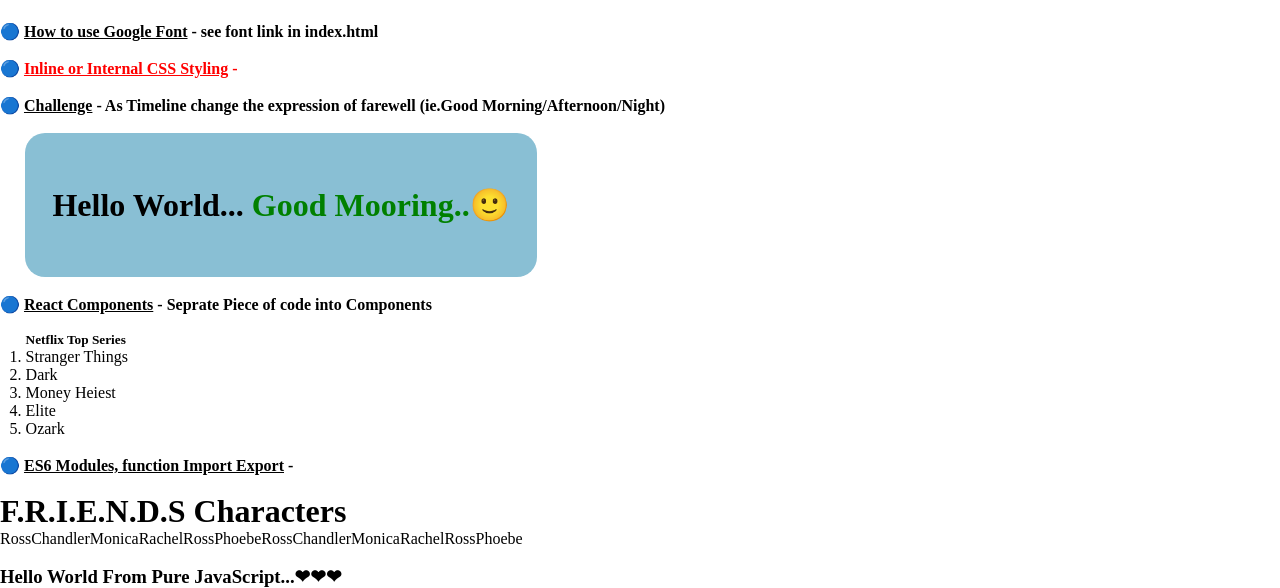
Repository: AalokJadhav/Being_ReactJS
Page: /
The author's editor kept a copy of each file at every save. The page is drawn from the files as they stood at one save, then again after the next save.
The browser window is 1280 px wide. The pictures show the part of the page from y = 620 to 1316 px (the page is 1208 px tall before and 1316 px after).
The project was rebuilt for these pictures with package versions that can differ from the ones it lists, and the page was loaded fresh each time.

Above is the page before, as saved 2021-10-16 00:27:44.

### public/index.html
<!DOCTYPE html>
<html lang="en">

<head>
  <meta charset="utf-8" />
  <link rel="icon" href="%PUBLIC_URL%/favicon.ico" />
  <meta name="viewport" content="width=device-width, initial-scale=1" />
  <meta name="theme-color" content="#000000" />
  <meta name="description" content="Web site created using create-react-app" />
  <link rel="apple-touch-icon" href="%PUBLIC_URL%/logo192.png" />
  <!--
      manifest.json provides metadata used when your web app is installed on a
      user's mobile device or desktop. See https://developers.google.com/web/fundamentals/web-app-manifest/
    -->
  <link rel="manifest" href="%PUBLIC_URL%/manifest.json" />
  <link rel="preconnect" href="https://fonts.googleapis.com">
  <link rel="preconnect" href="https://fonts.gstatic.com" crossorigin>
  <link href="https://fonts.googleapis.com/css2?family=Josefin+Slab:ital,wght@1,200&display=swap" rel="stylesheet">
  <!--
      Notice the use of %PUBLIC_URL% in the tags above.
      It will be replaced with the URL of the `public` folder during the build.
      Only files inside the `public` folder can be referenced from the HTML.

      Unlike "/favicon.ico" or "favicon.ico", "%PUBLIC_URL%/favicon.ico" will
      work correctly both with client-side routing and a non-root public URL.
      Learn how to configure a non-root public URL by running `npm run build`.
    -->
  <title>React App</title>
</head>

<body>
  <noscript>You need to enable JavaScript to run this app.</noscript>
  <div id="root"></div>
  <!--
      This HTML file is a template.
      If you open it directly in the browser, you will see an empty page.

      You can add webfonts, meta tags, or analytics to this file.
      The build step will place the bundled scripts into the <body> tag.

      To begin the development, run `npm start` or `yarn start`.
      To create a production bundle, use `npm run build` or `yarn build`.
    -->
</body>

</html>

### src/index.js
// var React = require ('react');
// var ReactDom = require ('react-dom');

import React from 'react';
import ReactDom from 'react-dom';
import './index.css';
import App from './App';
import {Characters} from './App';

const fullDate = new Date();
const date = fullDate.toLocaleDateString();
const time = fullDate.toLocaleTimeString();

const CurrDate = new Date(2021, 14, 10, 9);
const hour = CurrDate.getHours();
let greeting = '';

const cssStyle = {}

if (hour >= 1 && hour < 12) {
  greeting = 'Good Mooring..🙂';
  cssStyle.color = 'green';
} else if (hour >= 12 && hour < 19) {
  greeting = 'Good Afternoon..🙄';
  cssStyle.color = 'orange';
} else {
  greeting = 'Good Night..😴';
}
const RandomImgUrl = 'https://picsum.photos/2000';
const RandomImgUrl1 = 'https://picsum.photos/900';
const RandomImgUrl2 = 'https://picsum.photos/800';
ReactDom.render(

  //Fragments in ReactJS - Use <> </>  or <React.Fragment></React.Fragment>
  <>

    <h1 className="heading">Being React</h1><br />
    <h3>Hello  World From ReactJS...✋</h3><br />

    <h4>🔵 <u>Display Current date and time in JSX</u> -</h4><br />
    <div className="content">
      <p>Current Date is {`${date}`} </p>
      <p>Current Time is {`${time} `} </p>
    </div>
    <br />

    <h4>🔵 <u>JSX Attributes for random image</u> -</h4><br />
    <div className="img_div">
      <img src={RandomImgUrl} alt='random image1' />
      <img src={RandomImgUrl1} alt='random image2' />
      <img src={RandomImgUrl2} alt='random image3' />
    </div>
    <br />

    <h4>🔵 <u>How to use Google Font</u> -  see font link in index.html </h4>
    <div className="content">

    </div>
    <br />

    <h4 style={{ color: 'red', fontFamily: 'serif' }}>🔵 <u>Inline or Internal CSS Styling</u> -</h4>
    <div className="content">

    </div>
    <br />

    <h4>🔵 <u>Challenge</u> - As Timeline change the expression of farewell (ie.Good Morning/Afternoon/Night)</h4><br />
    <div className="challenge1">
      <h1>Hello World...<span style={cssStyle}> {greeting}</span></h1>
    </div>
    <br />

    <h4>🔵 <u>React Components</u> - Seprate Piece of code into Components</h4><br />
    <App />
    <br />

    <h4>🔵 <u>ES6 Modules, function Import Export</u> - </h4><br />
    <div >
      <h1>F.R.I.E.N.D.S Characters</h1>
      <ol>
        <li>{Characters}</li>
      </ol>
    </div>
    <br />
  </>,
  document.getElementById('root'));
<br />


// In Pure JavaScript
var h3 = document.createElement('h3');
h3.innerHTML = 'Hello  World From Pure JavaScript...❤❤❤';
document.getElementById('root').appendChild(h3);

### src/index.css
/* body {
  margin: 0;
  font-family: -apple-system, BlinkMacSystemFont, 'Segoe UI', 'Roboto', 'Oxygen',
    'Ubuntu', 'Cantarell', 'Fira Sans', 'Droid Sans', 'Helvetica Neue',
    sans-serif;
  -webkit-font-smoothing: antialiased;
  -moz-osx-font-smoothing: grayscale;
}

code {
  font-family: source-code-pro, Menlo, Monaco, Consolas, 'Courier New',
    monospace;
} */


*{margin: 0; padding: 0; box-sizing: border-box;};

.heading  h1{
  color: #fa9191;
  align-items: center;
  text-transform: capitalize;
  font-weight: bold;
  padding-left: 2%;
  font-family: 'Josefin Slab', serif;
}

.img_div img{
  width: 33%;
  height: 5%;
  margin: auto;
  padding-left: 2%;
}

.content {
  padding-left: 2%;
}

.challenge1 {
  background-color: rgb(137, 191, 212);
  width: 40%;
  height: 20vh;
  display: flex;
  justify-content: center;
  align-items: center;
  margin-top: -0px;
  margin-left: 25px;
  border-radius: 20px;
}

### src/App.js
import React from "react";
import Heading from "./Heading";
import List from "./List";

const Characters = ['Ross', 'Chandler', 'Monica', 'Rachel', 'Ross', 'Phoebe'];

Characters.forEach(function (data) {
    Characters.push(data);
})

function App() {

    return (
        <>
        <Heading />
        <List/>
    </>
    );
}

export default App;
export { Characters};

### src/Heading.jsx
import React from "react";

function  Heading() {
    return (
        <div className="content">
    <h5 style={{fontFamily: 'serif'}}>Netflix Top Series</h5>
    </div>
    )
}

export default Heading;

### src/List.jsx
import React from "react";

function List() {

    return (
        <div className="content">
             <ol>
    <li>Stranger Things</li>
    <li>Dark</li>
    <li>Money Heiest</li>
    <li>Elite</li>
    <li>Ozark</li>
  </ol>
        </div>
    )
}

export default List;

After the next save:
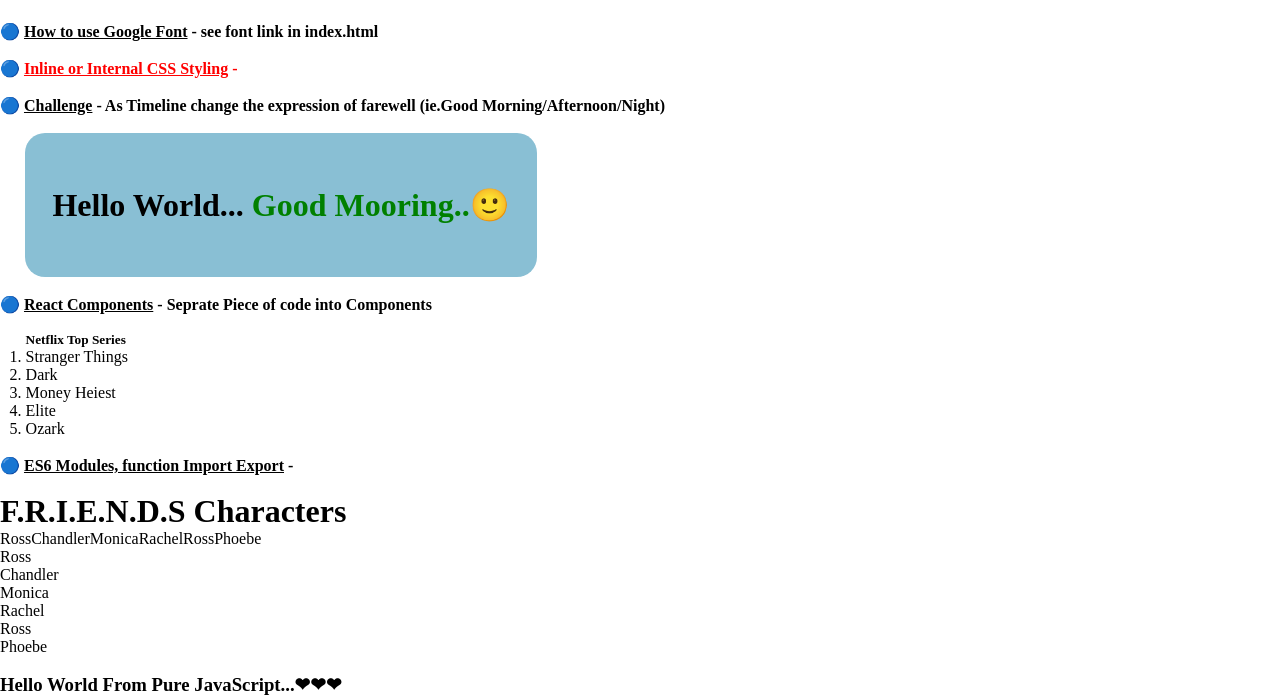
Saved 7 min 51 s later.
--- a/src/App.js
+++ b/src/App.js
@@ -5,7 +5,7 @@ import List from "./List";
 const Characters = ['Ross', 'Chandler', 'Monica', 'Rachel', 'Ross', 'Phoebe'];
 
 Characters.forEach(function (data) {
-    Characters.push(data);
+    Characters.push(<li>{data}</li>);
 })
 
 function App() {
